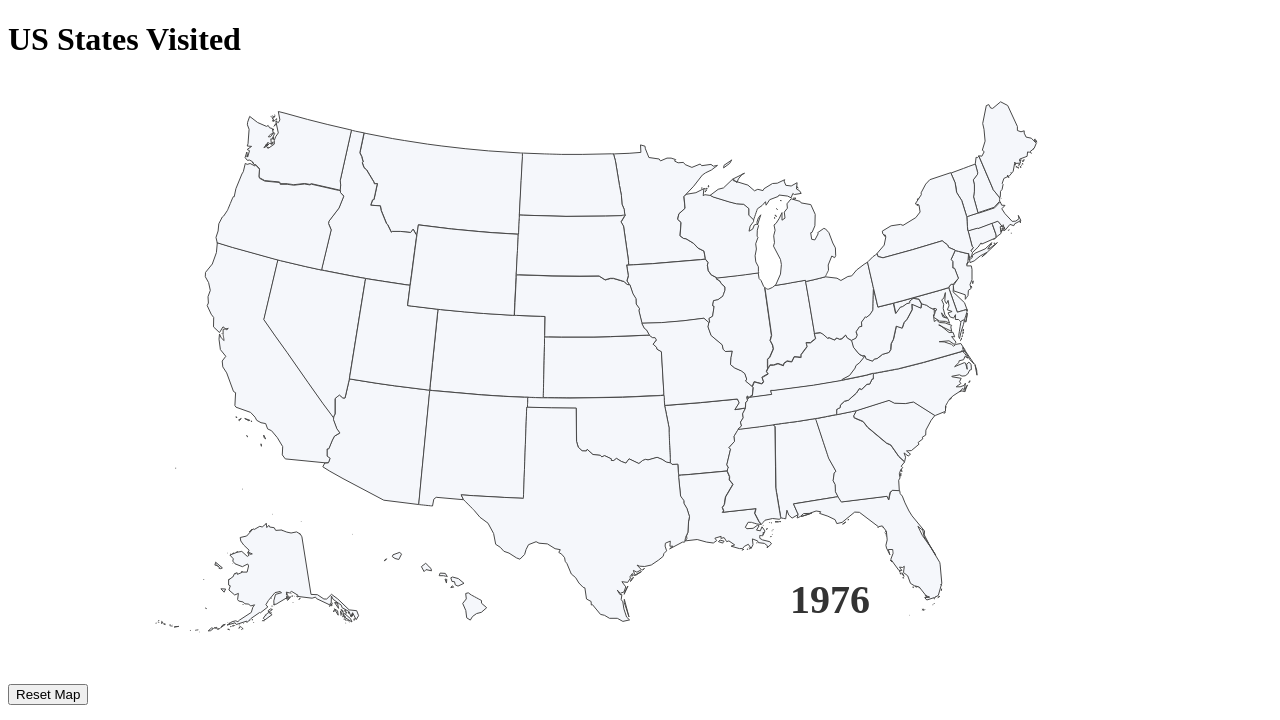
Repository: robleto/us-states-visited-map
Page: index.html
An editor plug-in stored every save of this project. The page is shown before and after the next save, followed by the edit.
The browser window is 1280 px wide. The pictures show the whole page.

Above is the page before, as saved 2025-03-06 09:34:16.
Console error: ReferenceError: gsap is not defined

After the next save:
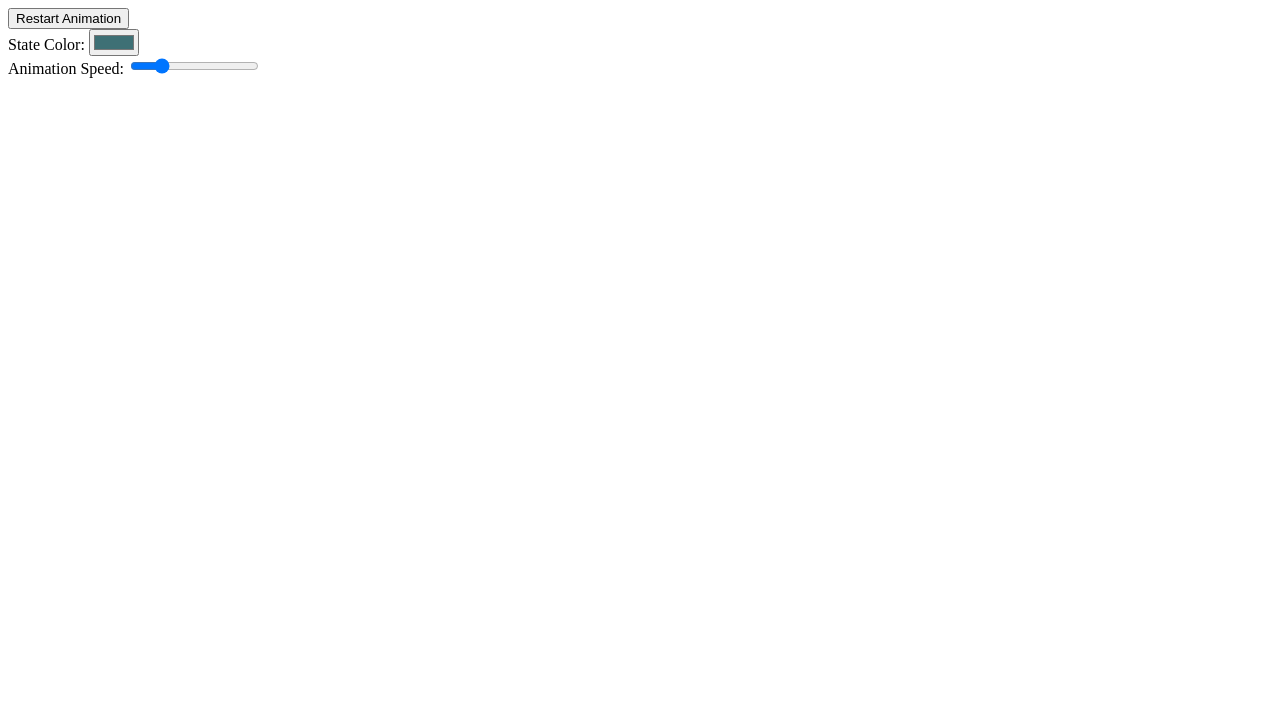
The error is gone.
Saved 11 s later.
--- a/index.html
+++ b/index.html
@@ -1,21 +1,14 @@
-<!DOCTYPE html>
-<html lang="en">
-<head>
-    <meta charset="UTF-8">
-    <meta name="viewport" content="width=device-width, initial-scale=1.0">
-    <title>US States Visited</title>
-    <link rel="stylesheet" href="styles.css">
-    <script defer src="main.js"></script>
-</head>
-<body>
-    <h1>US States Visited</h1>
-    <div id="map-container">
-        <svg id="us-map" width="800" height="500">
-            <!-- SVG paths for US states will be inserted here -->
-        </svg>
-    </div>
-    <div id="controls">
-        <button id="reset-button">Reset Map</button>
-    </div>
-</body>
-</html>
+<div id="map-container">
+  <!-- The map will be rendered here -->
+</div>
+<div class="options">
+  <button id="restartAnimation">Restart Animation</button>
+  <div class="color-picker">
+    <label for="stateColor">State Color:</label>
+    <input type="color" id="stateColor" value="#3E7075">
+  </div>
+  <div class="speed-control">
+    <label for="animationSpeed">Animation Speed:</label>
+    <input type="range" id="animationSpeed" min="0.1" max="2" step="0.1" value="0.5">
+  </div>
+</div>
